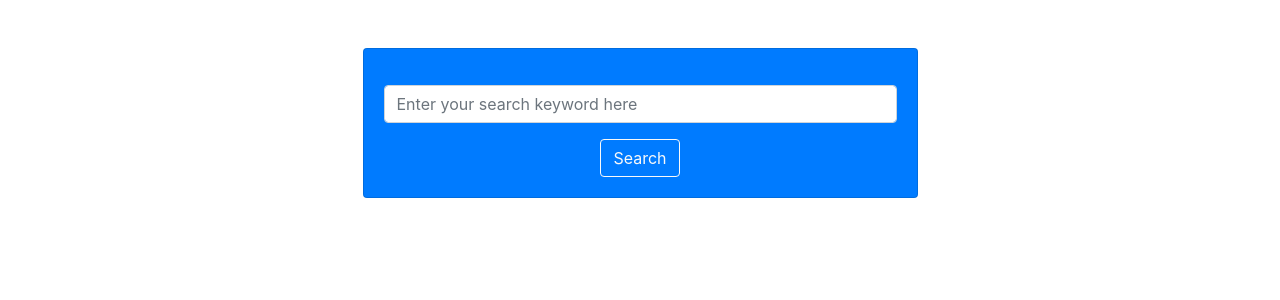
Repository: modinilesh/SpringMVC
Page: http://localhost/springmvcsearch/home
An editor plug-in stored every save of this project. The page is shown before and after the next save, followed by the edit.
The browser window is 1280 px wide. The pictures show the whole page.
Some web libraries are served in a nearby version. The page is served by Tomcat 9. Other server files are loaded and not shown.

Above is the page before, as saved 2023-10-20 07:26:20.

### springmvcsearch/src/main/webapp/WEB-INF/spring-servlet.xml
<?xml version="1.0" encoding="UTF-8"?>
<beans xmlns="http://www.springframework.org/schema/beans"
	xmlns:xsi="http://www.w3.org/2001/XMLSchema-instance"
	xmlns:context="http://www.springframework.org/schema/context"
	xmlns:p="http://www.springframework.org/schema/p"
	xmlns:tx="http://www.springframework.org/schema/tx"
	xsi:schemaLocation="http://www.springframework.org/schema/beans
		http://www.springframework.org/schema/beans/spring-beans.xsd
		http://www.springframework.org/schema/context
		http://www.springframework.org/schema/context/spring-context.xsd
		http://www.springframework.org/schema/mvc
        http://www.springframework.org/schema/mvc/spring-mvc.xsd
        http://www.springframework.org/schema/tx
        http://www.springframework.org/schema/tx/spring-tx.xsd">


	<context:component-scan base-package="springmvcsearch" /> <!--it will activate all annotations used in each packages starting with
		springmvcsearch name -->

	<!--Step-3 : Configuring view Resolver -->

	<bean
		class="org.springframework.web.servlet.view.InternalResourceViewResolver"
		name="viewResolver">
		<property name="prefix" value="/WEB-INF/views/" />
		<property name="suffix" value=".jsp" />
	</bean>


</beans>

### springmvcsearch/src/main/webapp/WEB-INF/views/home.jsp
<!doctype html>
<html lang="en">
<head>
<!-- Required meta tags -->
<meta charset="utf-8">
<meta name="viewport"
	content="width=device-width, initial-scale=1, shrink-to-fit=no">

<!-- Bootstrap CSS -->
<link rel="stylesheet"
	href="https://cdn.jsdelivr.net/npm/bootstrap@4.0.0/dist/css/bootstrap.min.css"
	integrity="sha384-Gn5384xqQ1aoWXA+058RXPxPg6fy4IWvTNh0E263XmFcJlSAwiGgFAW/dAiS6JXm"
	crossorigin="anonymous">

<title>Home Page</title>
</head>
<body>

	<div class="container">

		<div class="card mx-auto mt-5 bg-primary" style="width: 50%">

			<div class="card-body">

				<form action="" class="mt-3">

					<div class="form-group">
						<input type="text" name="querybox"
							placeholder="Enter your search keyword here" class="form-control" />
					</div>

					<div class="container text-center">
						<button class="btn btn-outline-light">Search</button>
					</div>

				</form>

			</div>

		</div>

	</div>





	<!-- Optional JavaScript -->
	<!-- jQuery first, then Popper.js, then Bootstrap JS -->
	<script src="https://code.jquery.com/jquery-3.2.1.slim.min.js"
		integrity="sha384-KJ3o2DKtIkvYIK3UENzmM7KCkRr/rE9/Qpg6aAZGJwFDMVNA/GpGFF93hXpG5KkN"
		crossorigin="anonymous"></script>
	<script
		src="https://cdn.jsdelivr.net/npm/popper.js@1.12.9/dist/umd/popper.min.js"
		integrity="sha384-ApNbgh9B+Y1QKtv3Rn7W3mgPxhU9K/ScQsAP7hUibX39j7fakFPskvXusvfa0b4Q"
		crossorigin="anonymous"></script>
	<script
		src="https://cdn.jsdelivr.net/npm/bootstrap@4.0.0/dist/js/bootstrap.min.js"
		integrity="sha384-JZR6Spejh4U02d8jOt6vLEHfe/JQGiRRSQQxSfFWpi1MquVdAyjUar5+76PVCmYl"
		crossorigin="anonymous"></script>
</body>
</html>

### springmvcsearch/src/main/java/springmvcsearch/SearchController.java
package springmvcsearch;

import org.springframework.stereotype.Controller;
import org.springframework.web.bind.annotation.RequestMapping;

@Controller
public class SearchController {

	@RequestMapping("/home")
	public String home() {
		return "home";
	}

}

After the next save:
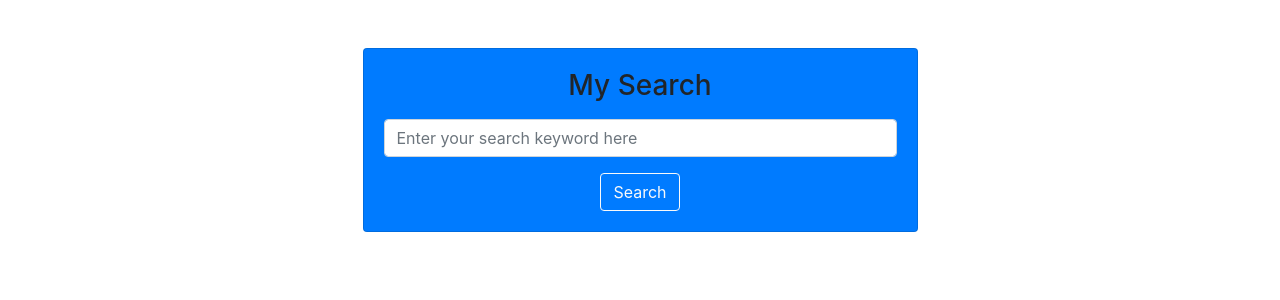
Saved 41 s later.
--- a/springmvcsearch/src/main/webapp/WEB-INF/views/home.jsp
+++ b/springmvcsearch/src/main/webapp/WEB-INF/views/home.jsp
@@ -21,6 +21,8 @@
 		<div class="card mx-auto mt-5 bg-primary" style="width: 50%">
 
 			<div class="card-body">
+
+			<h3 class="text-center">My Search</h3>
 
 				<form action="" class="mt-3">
 
